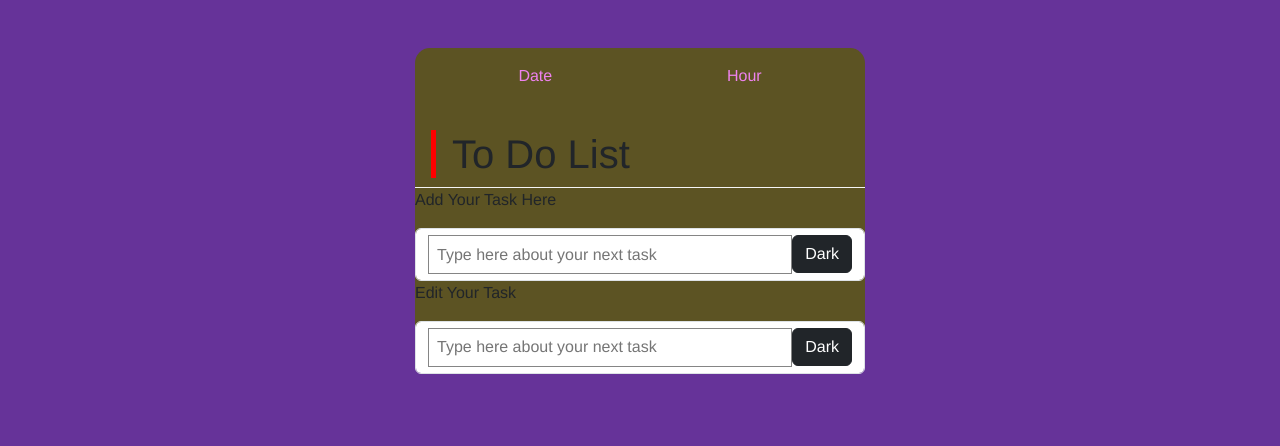
Repository: Passionblaz/TODO
Page: TODO/Untitled-1.html
An editor plug-in stored every save of this project. The page is shown before and after the next save, followed by the edit.
The browser window is 1280 px wide. The pictures show the whole page.

Above is the page before, as saved 2023-07-14 14:13:10.

After the next save:
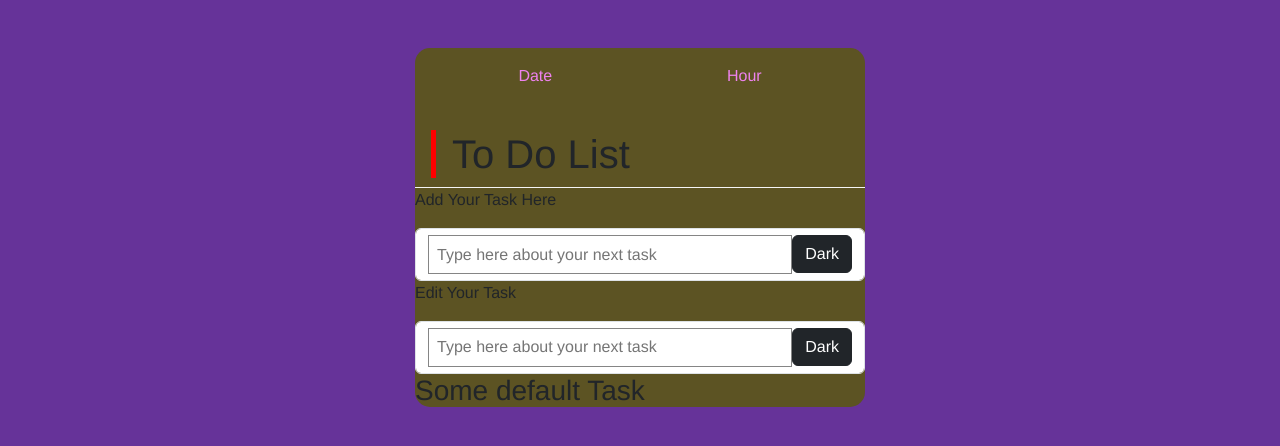
Saved 13 s later.
--- a/TODO/Untitled-1.html
+++ b/TODO/Untitled-1.html
@@ -42,7 +42,7 @@
 </form>
 <div class="todo-list"
 <div class="todo">
-  <h3></h3>
+  <h3>Some default Task</h3>
 </div>
 </div>
 
